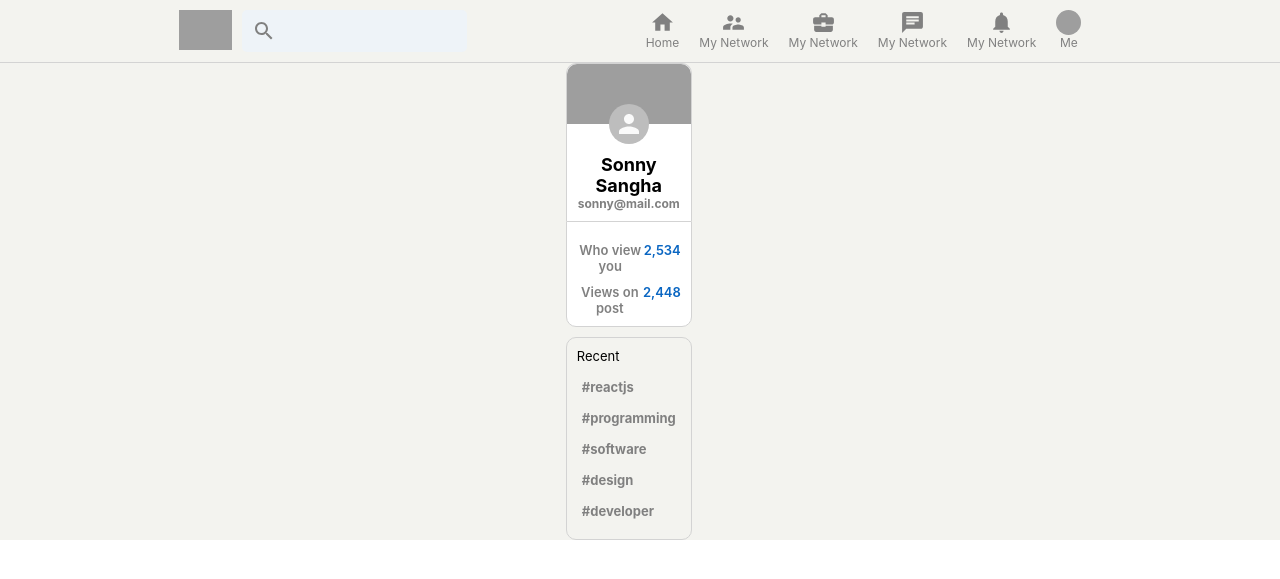
Repository: joaogamarra/linkedin-clone
Page: /
The author's editor kept a copy of each file at every save. The page is drawn from the files as they stood at one save, then again after the next save.
The browser window is 1280 px wide. The pictures show the whole page.
Pictures or frames that could not be fetched are drawn as grey boxes. The project was rebuilt for these pictures with package versions that can differ from the ones it lists, and the page was loaded fresh each time.

Above is the page before, as saved 2021-02-19 00:11:43.

After the next save:
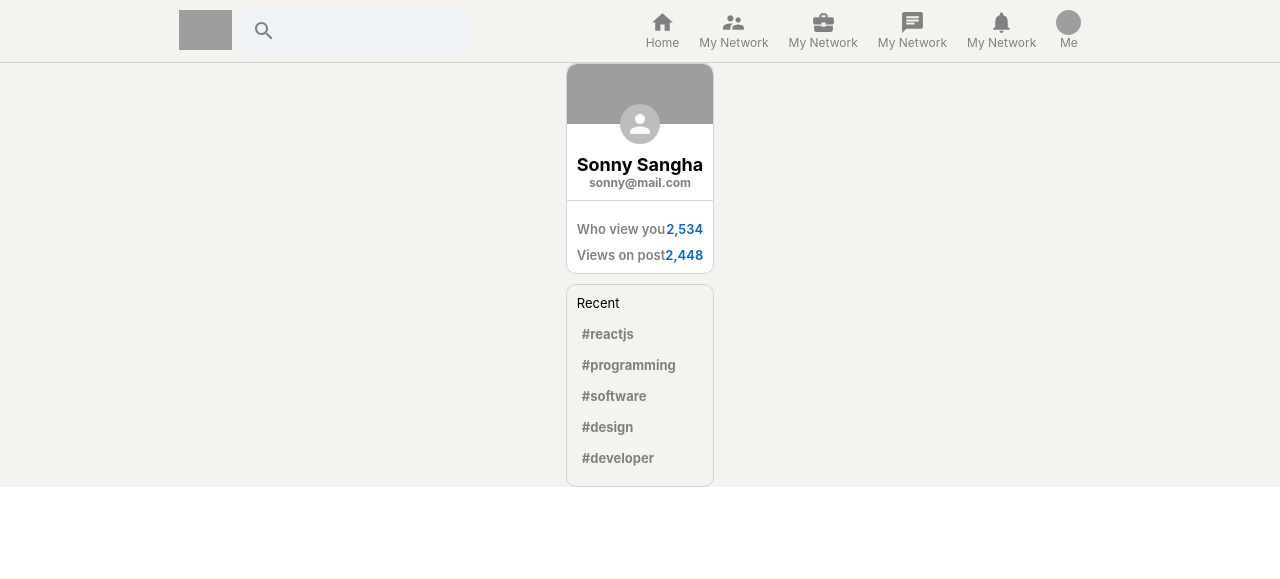
Saved 42 s later.
--- a/src/App.js
+++ b/src/App.js
@@ -6,7 +6,7 @@
 	return (
 		<div className='App'>
 			<Header />
-			<div className='app__body'>
+			<div className='app__test'>
 				<Sidebar />
 			</div>
 		</div>
--- a/src/components/sidebar/Sidebar.css
+++ b/src/components/sidebar/Sidebar.css
@@ -98,3 +98,5 @@
 .sidebar_hash {
 	margin: 0 10px 0 5px;
 }
+
+.app_

After the 2 saves that followed:
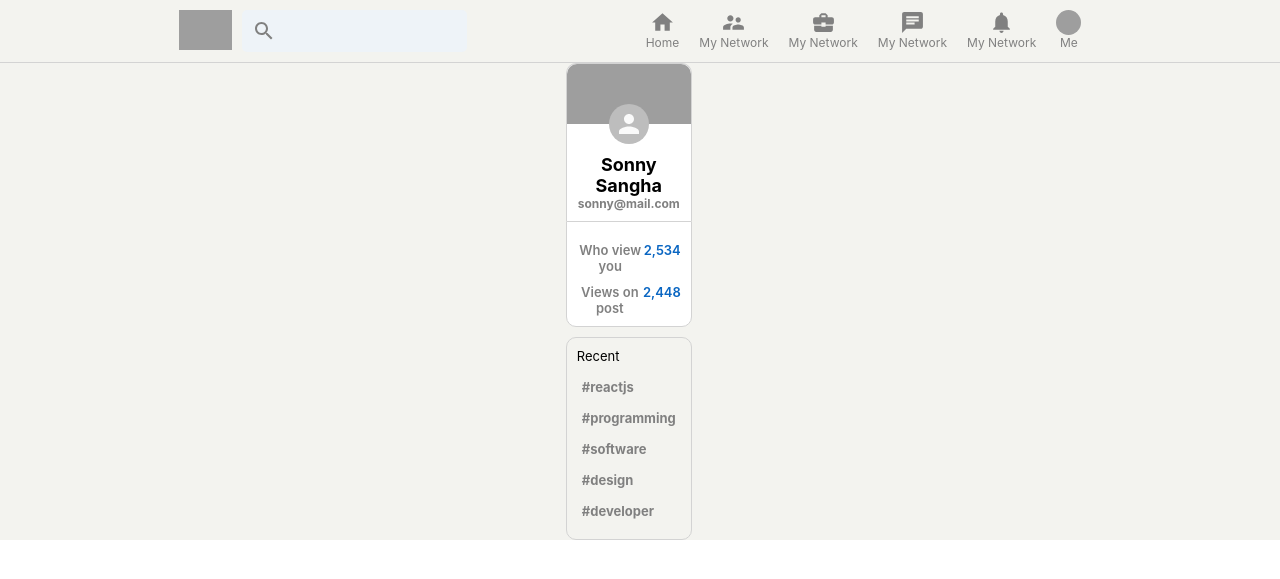
The 2 saves are shown as one change because 1 left the picture as it was.
The last was saved 25 s later.
--- a/src/App.js
+++ b/src/App.js
@@ -6,7 +6,7 @@
 	return (
 		<div className='App'>
 			<Header />
-			<div className='app__test'>
+			<div className='app__body'>
 				<Sidebar />
 			</div>
 		</div>
--- a/src/components/sidebar/Sidebar.css
+++ b/src/components/sidebar/Sidebar.css
@@ -98,5 +98,3 @@
 .sidebar_hash {
 	margin: 0 10px 0 5px;
 }
-
-.app_
